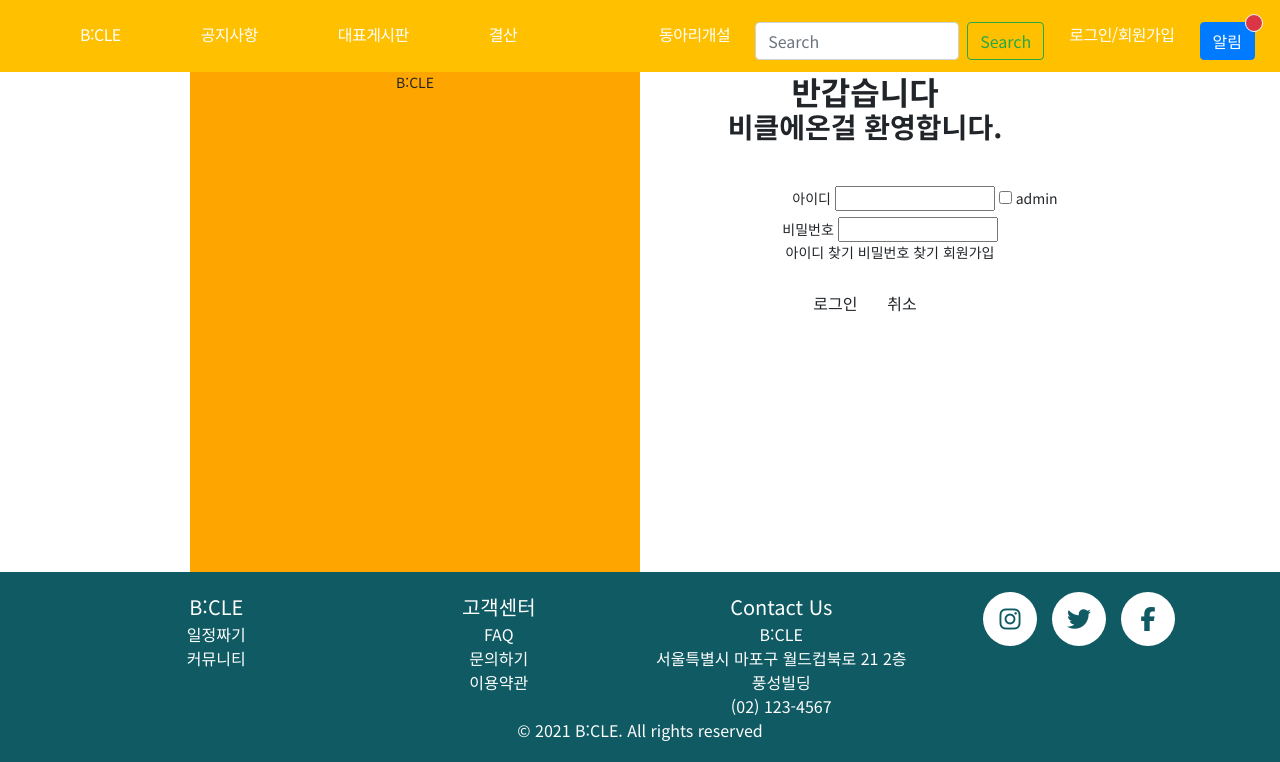
Repository: CHAEYUN7074/SpringProject_Bcle
Page: http://localhost/Bcle/LoginPage.jsp
An editor plug-in stored every save of this project. The page is shown before and after the next save, followed by the edit.
The browser window is 1280 px wide. The pictures show the whole page.
Some web fonts or font styles are not loaded; a fallback is used. Some web libraries are served in a nearby version. The page is served by Tomcat 9.

Above is the page before, as saved 2021-12-16 07:44:47.
Console error: ReferenceError: $ is not defined

After the next save:
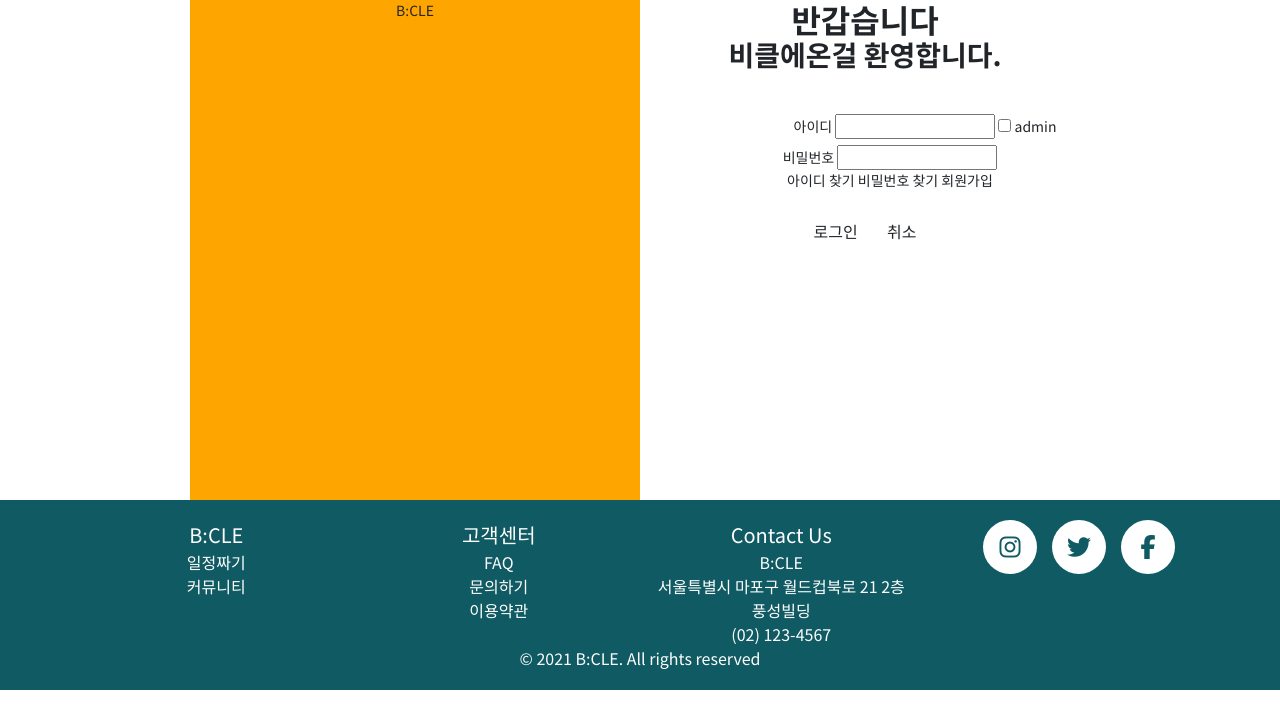
Saved 17 s later.
--- a/Bcle/WebContent/LoginPage.jsp
+++ b/Bcle/WebContent/LoginPage.jsp
@@ -88,9 +88,9 @@
 
 
 <div class="bg">
-	<div>
+	<%-- <div>
 		<c:import url="nav.jsp"></c:import>
-	</div>
+	</div> --%>
 
 	<div class="t-box">
 		<div class="right">
